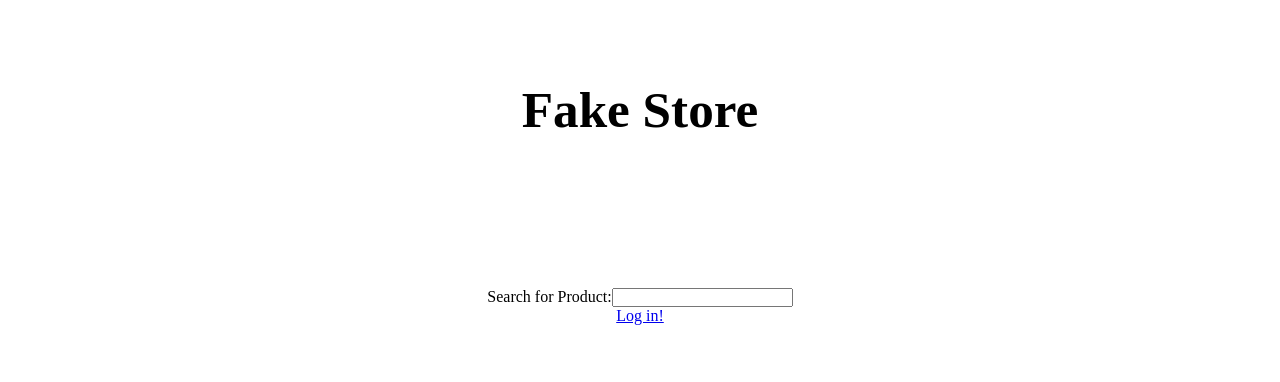
Repository: Andres513/CapStone
Page: /
These files come from the project's save history. The page is drawn as it stood at one moment and after the next save; the edit follows.
The browser window is 1280 px wide. The pictures show the whole page.
The page's requests for data from a server got no answer. The project was rebuilt for these pictures with package versions that can differ from the ones it lists, and the page was loaded fresh each time. No one was signed in, and anything a server would have sent is missing. Also part of the build but not shown: vite.config.js, src/components/Login.jsx, src/components/Cart.jsx, src/components/SingleProduct.jsx, src/components/ProductsByCategory.jsx.

Above is the page before, as saved 2024-04-04 19:35:18.

### index.html
<!doctype html>
<html lang="en">
  <head>
    <meta charset="UTF-8" />
    <link rel="icon" type="image/svg+xml" href="/vite.svg" />
    <meta name="viewport" content="width=device-width, initial-scale=1.0" />
    <title>Fake Store!</title>
  </head>
  <body>
    <div id="root"></div>
    <script type="module" src="/src/main.jsx"></script>
  </body>
</html>

### src/App.jsx
import { useState } from 'react'
import FetchProducts from './components/FetchProducts'
import './App.css'
import { Routes, Route } from 'react-router-dom'
import Login from './components/Login'
import SingleProduct from './components/SingleProduct'
import ProductsByCategories from './components/ProductsByCategory'
import Cart from './components/Cart'

function App() {
const [ token, setToken ] = useState(null)
const [ products, setProducts ] = useState([])
const [ price, setPrice ] = useState('')
const [ email, setEmail ] = useState('')
const [ password, setPassword ] = useState('')


const handleSetToken=(newToken)=>{
  setToken(newToken)
}
const handleSetProducts=(newProducts)=>{
  setProducts(newProducts)
}
const handleSetPrice=(newPrice)=>{
  setPrice(newPrice)
}
  return (
    <>
    <Routes>
      <Route path="/login" element={<Login token={token} setToken={handleSetToken} email={email} setEmail={setEmail} password={password} setPassword={setPassword}/>}/>
      <Route path="/" element={<FetchProducts token={token} products={products} setProducts={handleSetProducts} price={price} setPrice={handleSetPrice}/>}/>
      <Route path="/products/:id" element={<SingleProduct token={token}/>}/>
      <Route path="/category/:category" element={<ProductsByCategories products={products} setProduct={handleSetProducts}/>}/>
      <Route path="/cart" element={<Cart/>}/>
    </Routes>
    </>
  )
}

export default App

### src/index.css

* {
  margin: 0;
  padding: 0;
  box-sizing: border-box;
}
h1 {
  font-size: 3.2em;
  line-height: 1.1;
  padding-top: 50px;
  padding-bottom: 100px;
}
img {
  width: 70%;
  height: 70%;
}
.single-product > img {
  height: 60%;
  width: 60%;
  padding-top: 50px;
  padding-bottom: 50px;
}
.items-container {
  display: grid;
  grid-template-columns: repeat(auto-fill, minmax(200px, 1fr));
  grid-gap: 100px;
  padding-top: 50px;
}
.category-buttons {
  padding-bottom: 50px;
}
.category-container {
  display: grid;
  grid-template-columns: repeat(auto-fill, minmax(200px, 1fr));
  grid-gap: 100px;
  padding-top: 50px;
}
button {
  border-radius: 8px;
  border: 1px solid transparent;
  padding: 0.6em 1.2em;
  font-size: 1em;
  font-weight: 500;
  font-family: inherit;
  background-color: lightblue;
  cursor: pointer;
  transition: border-color 0.25s;
}

### src/components/FetchProducts.jsx
import { useEffect, useState } from "react"
import { Link } from "react-router-dom"
import Login from "./Login"
import Categories from "./Categories"
import Cart from "./Cart"

export default function FetchProducts({products, setProducts, price, setPrice, token}){
    const [ error, setError ] = useState(null)
    const [ searched, setSearched ] = useState('')

    useEffect(()=>{
        async function fetchProducts(){
        try {
            const response = await fetch('https://fakestoreapi.com/products')
            const result = await response.json()
            setProducts(result)
            setPrice(result.price)
            console.log(result)
            } catch(error) {
                setError(error.message)
            }
        }
        fetchProducts()
    },[])

    const searchedProduct = products.filter((product) => {
         return product.title.toLowerCase().includes(searched.toLowerCase());
     });

return (
        <>
        <h1>Fake Store</h1>
            <Categories products={products}/>
            <label className="search-bar">Search for Product:
                <input type="text" value={searched} onChange={(e) => setSearched(e.target.value)}/>
            </label><br/>
        <Link to="/login" element={<Login />}>Log in!</Link>
        <div className="items-container">
    {searchedProduct.map((product) => (
                <div key={product.id} className="item">
                    <h3>{product.title}</h3>
                    <img src={product.image} alt={product.title} /><br/>
                    <Link to={`/products/${product.id}`}>View Details</Link>
                </div>
            ))}
            </div>
        </>
    )
}

### src/components/Categories.jsx
import { useState, useEffect } from "react";
import { Link } from "react-router-dom";

export default function Categories({products}) {
    const [ categories, setCategories ] = useState([])

    useEffect(()=>{
        async function fetchCategories(){
            try {
            const response = await fetch('https://fakestoreapi.com/products/categories')
            const result = await response.json()
            setCategories(result)
            console.log(categories)
        } catch(error){
            console.error(error)
        }
    } fetchCategories()
},[])

    const filteredCategories =(category) =>{
        return products.filter(product => product.category === category)
    }

    return (
        <div>
           <div className="category-buttons">
            {categories.map((category, index)=> (
                <button key={index}>
                    <Link to={`/category/${category}`}>{category}</Link>
                    </button>
            ))}
           </div>
        </div>
    );
}

Loaded but not shown: src/main.jsx (common file); src/App.css (common file)

After the next save:
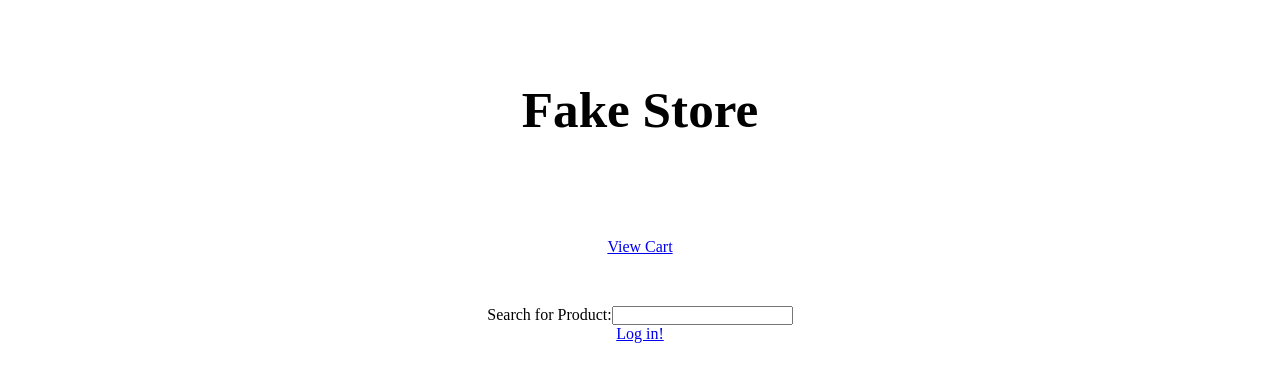
Saved 33 s later.
--- a/src/components/FetchProducts.jsx
+++ b/src/components/FetchProducts.jsx
@@ -30,6 +30,7 @@
 return (
         <>
         <h1>Fake Store</h1>
+        <Link to="/cart">View Cart</Link>
             <Categories products={products}/>
             <label className="search-bar">Search for Product:
                 <input type="text" value={searched} onChange={(e) => setSearched(e.target.value)}/>
